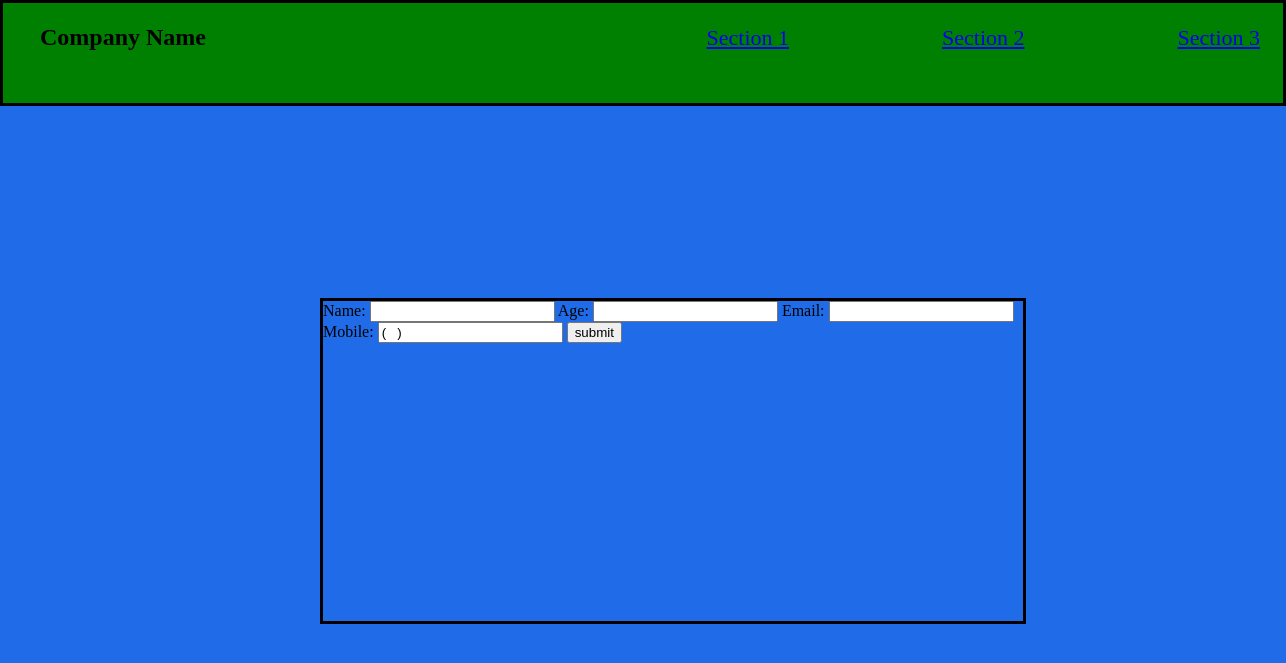
Repository: helloneibor/Project2
Page: section3.html
The author's editor kept a record of every edit. The page is drawn from the files as they stood at one moment, then again after the next edit.
The browser window is 1280 px wide. The page is 1286 px wide, so the pictures cover 1286 px, including what lies to the right of the window. The pictures show the whole page.

Above is the page before.

### section3.html
<!DOCTYPE html>
<html lang="en">
<head>
    <meta charset="UTF-8">
    <meta name="viewport" content="width=device-width, initial-scale=1.0">
    <meta http-equiv="X-UA-Compatible" content="ie=edge">
    <link rel="stylesheet"href="css/main.css"type="text/css" />
    <title> Project 2 </title>
</head>
<body>
        <header>
            <h2>Company Name</h2>
            <nav class="header_nav">
                <ul>
                    <li class="li1"><a href="section1.html">Section 1</a></li>
                    <li class="li1"><a href="section2.html">Section 2</a></li>
                    <li class="li1"><a href="section3.html">Section 3</a></li>
                </ul>
            </nav>
        </header>
            <form action="https://github.com/helloneibor/Project2" method="post">
                <label for="Name">Name:</label>
                <input type="text" name="Name"/>
                <label for="Age">Age:</label>
                <input type="text" name="Age"/>
                <label for="Email">Email:</label>
                <input type="text" name="Email"/>
                <label for="Mobile">Mobile:</label>
                <input type="text" name="Mobile" value="(   )"/>
                    <input type="submit" value="submit"/>
                </form>
    </body>
        </html>

### css/main.css
body {
    background-color: #206ce8;
/*    border-style: solid;
    border-color: black;
    border-width: 5px;*/
    margin: 0px;
    padding: 0px;
}

header {
    height: 100px;
    background-color: green;
    border-bottom-color: black;
    border-style: solid;
    border-color: black;
    width: 100%;
    display: inline-block;
}

.header_nav {
    background-color: green;
    display:inline-block;
    width: 75%;
    text-align: right;
    font-size: 22px;
}

.header_nav .li1 {
    display: inline-block;
    width: 15%;
    text-align: right;
    margin-left: 10%;
}

h2 {
    width:20%;
    display: inline-block;
    margin-left: 37px;
}

#footer_head {
    width:20%;
    display: inline-block;
    margin-left: 10px;
}

footer {
    height: 100px;
    background-color: green;
    border-bottom-color: black;
    border-style: solid;
    border-color: black;
    width: 100%;
    display: inline-block;
    margin-top: 33%;
}

.para_footer {
    display:inline-block;
    text-align: right;
    margin-left: 33%;
    margin-right: 0px;
}

.countainer {
    width: 100%;
    height: 100%;
    margin-top: 25%;
}

.col3 {
    width: 20%;
    height: 20%;
    display: inline-block;
}

div {
    display: inline-block;
    width: 14%;
    height: 200px;
    margin-left: 100px;
    border-color: black;
    border-width: 3px;
    border-style: solid;
}

.img_one {
    height: 140px;
    width: 140px;
    margin:3px;
}

.div_foot {
    color: black;
    font-size: 20px;
}

form {
    height: 320px;
    width: 700px;
    border-color: black;
    border-width: 3px;
    border-style: solid;
    margin-left: 25%;
    margin-top: 15%;
}

.form_one {
    display: block;
}

form h1 {
    text-align: center;
    text-decoration: bold;
}

#submit_one {
    margin: 20%;
}

After the next edit:
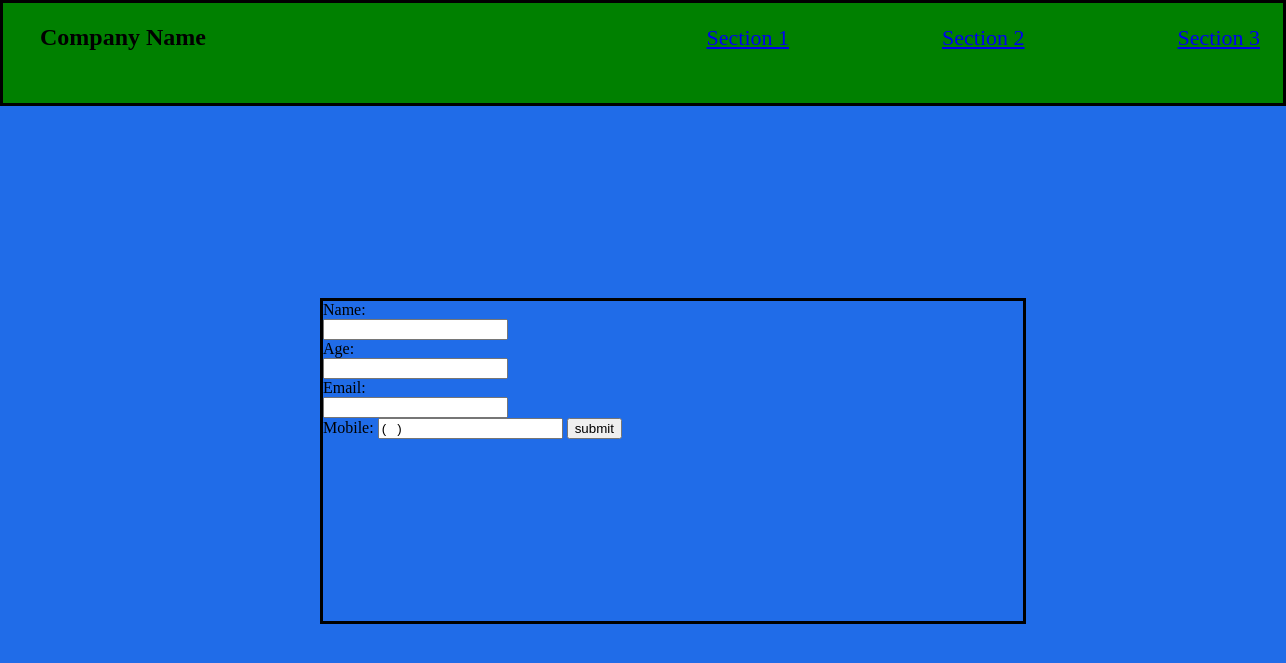
The edit:
--- a/section3.html
+++ b/section3.html
@@ -20,11 +20,11 @@
         </header>
             <form action="https://github.com/helloneibor/Project2" method="post">
                 <label for="Name">Name:</label>
-                <input type="text" name="Name"/>
-                <label for="Age">Age:</label>
-                <input type="text" name="Age"/>
+                <input class="form_one" type="text" name="Name"/>
+                <label class="form_one" for="Age">Age:</label>
+                <input class="form_one" type="text" name="Age"/>
                 <label for="Email">Email:</label>
-                <input type="text" name="Email"/>
+                <input class="form_one" type="text" name="Email"/>
                 <label for="Mobile">Mobile:</label>
                 <input type="text" name="Mobile" value="(   )"/>
                     <input type="submit" value="submit"/>
